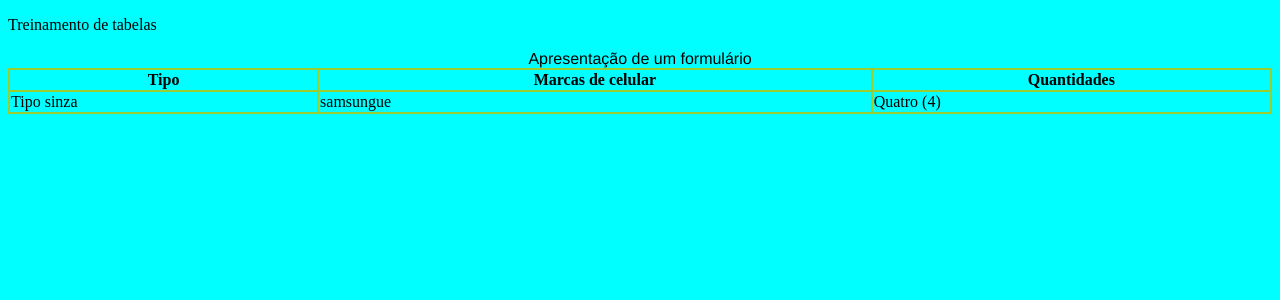
Repository: Vilmar-Freire/ESTUDOS-01-vilmar
Page: workspaces/SO-FIXAÇÃO-HTML/tabela.html
The author's editor kept a copy of each file at every save. The page is drawn from the files as they stood at one save, then again after the next save.
The browser window is 1280 px wide. The pictures show the whole page.

Above is the page before, as saved 2026-08-17 13:36:00.

After the next save:
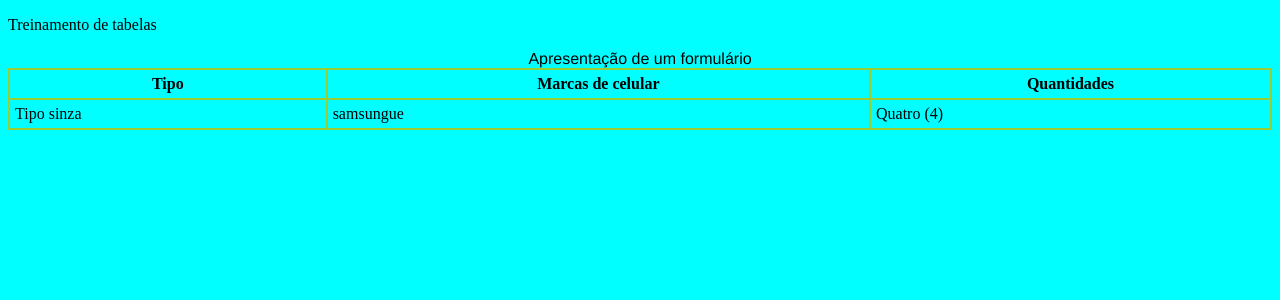
Saved 16 s later.
--- a/workspaces/SO-FIXAÇÃO-HTML/tabela.css
+++ b/workspaces/SO-FIXAÇÃO-HTML/tabela.css
@@ -4,7 +4,7 @@ body{
 
 table th, table td{
     border: 2px solid yellowgreen;
-    padding: ;
+    padding: 5px;
 }
 
 table{
